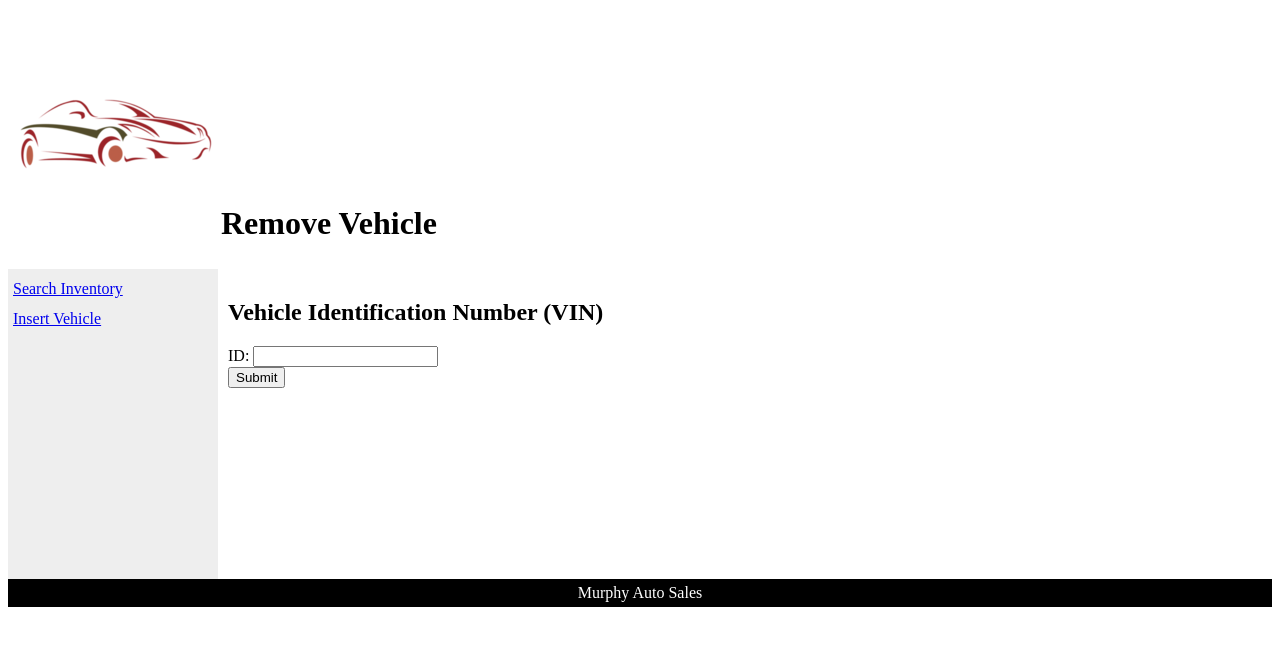
Repository: CamdenMurphy/workspace4830-intro-to-software-engineering
Page: techExercise/techExercise-Murphy/src/main/webapp/delete_murphy.html
The author's editor kept a copy of each file at every save. The page is drawn from the files as they stood at one save, then again after the next save.
The browser window is 1280 px wide. The pictures show the whole page.

Above is the page before, as saved 2023-10-12 06:14:39.

After the next save:
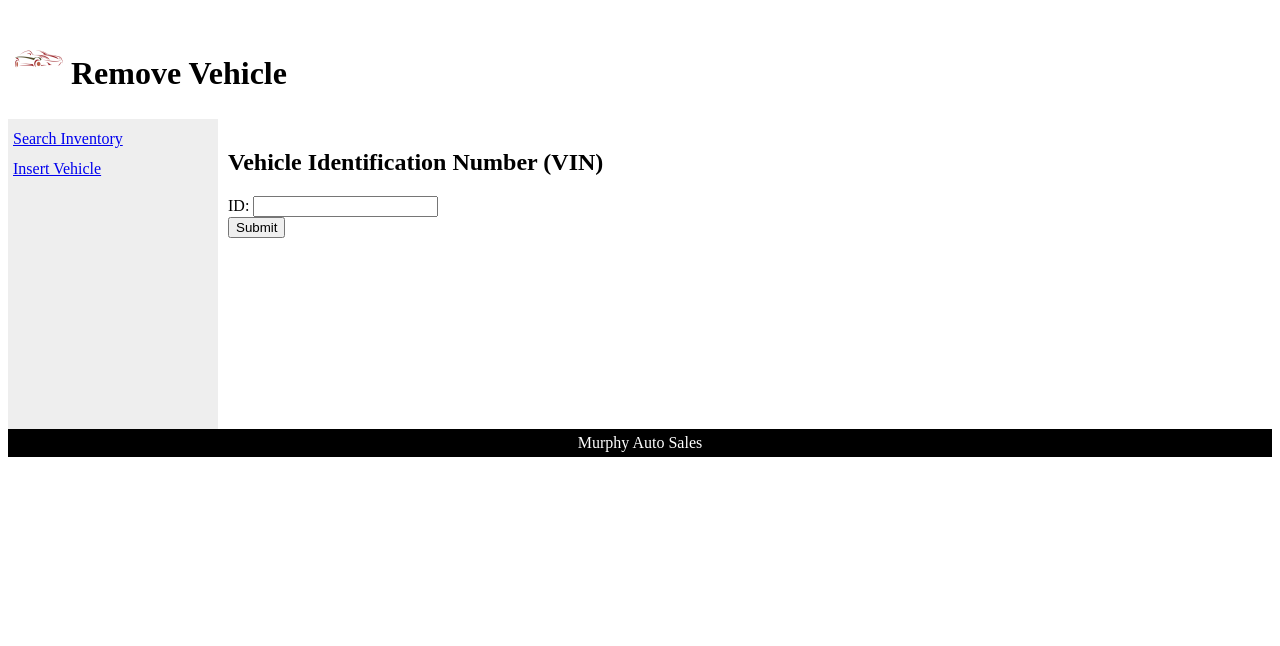
Saved 97 s later.
--- a/techExercise/techExercise-Murphy/src/main/webapp/delete_murphy.html
+++ b/techExercise/techExercise-Murphy/src/main/webapp/delete_murphy.html
@@ -14,6 +14,8 @@
     padding:5px;
 }
 img {
+	width: 50px;
+	height: 50px;
 	display: inline-block;
 }
 section {

After the save that followed:
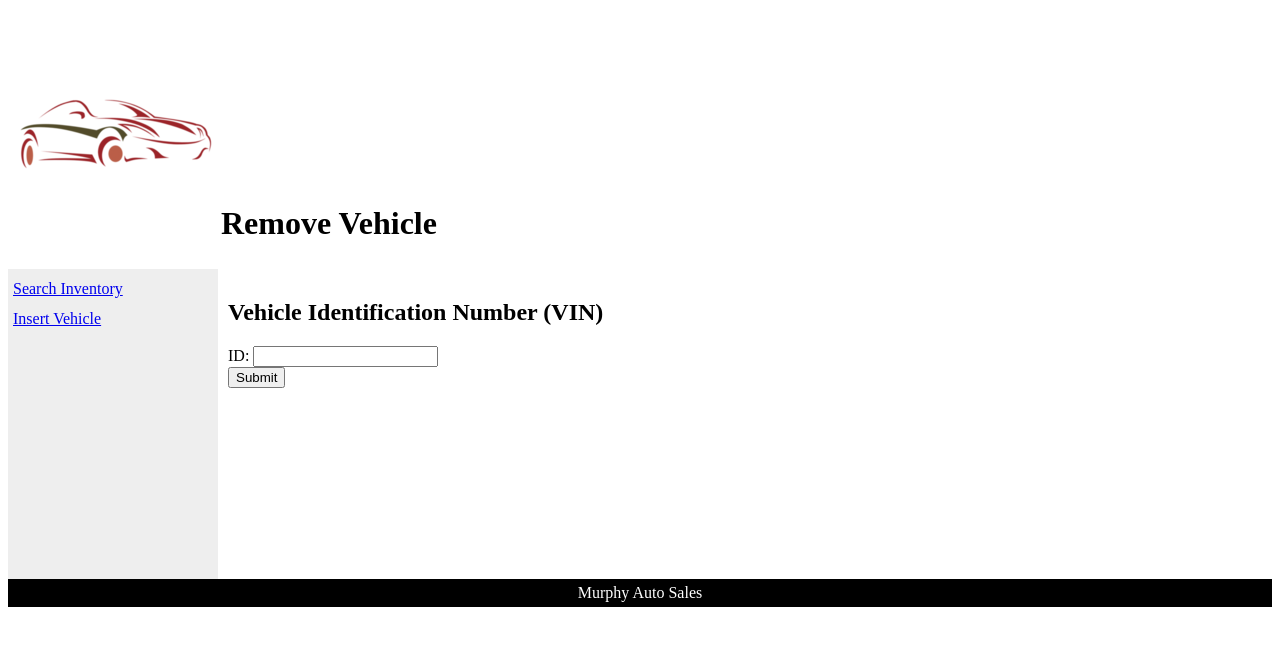
Saved 4 min 59 s later.
--- a/techExercise/techExercise-Murphy/src/main/webapp/delete_murphy.html
+++ b/techExercise/techExercise-Murphy/src/main/webapp/delete_murphy.html
@@ -14,8 +14,6 @@
     padding:5px;
 }
 img {
-	width: 50px;
-	height: 50px;
 	display: inline-block;
 }
 section {
